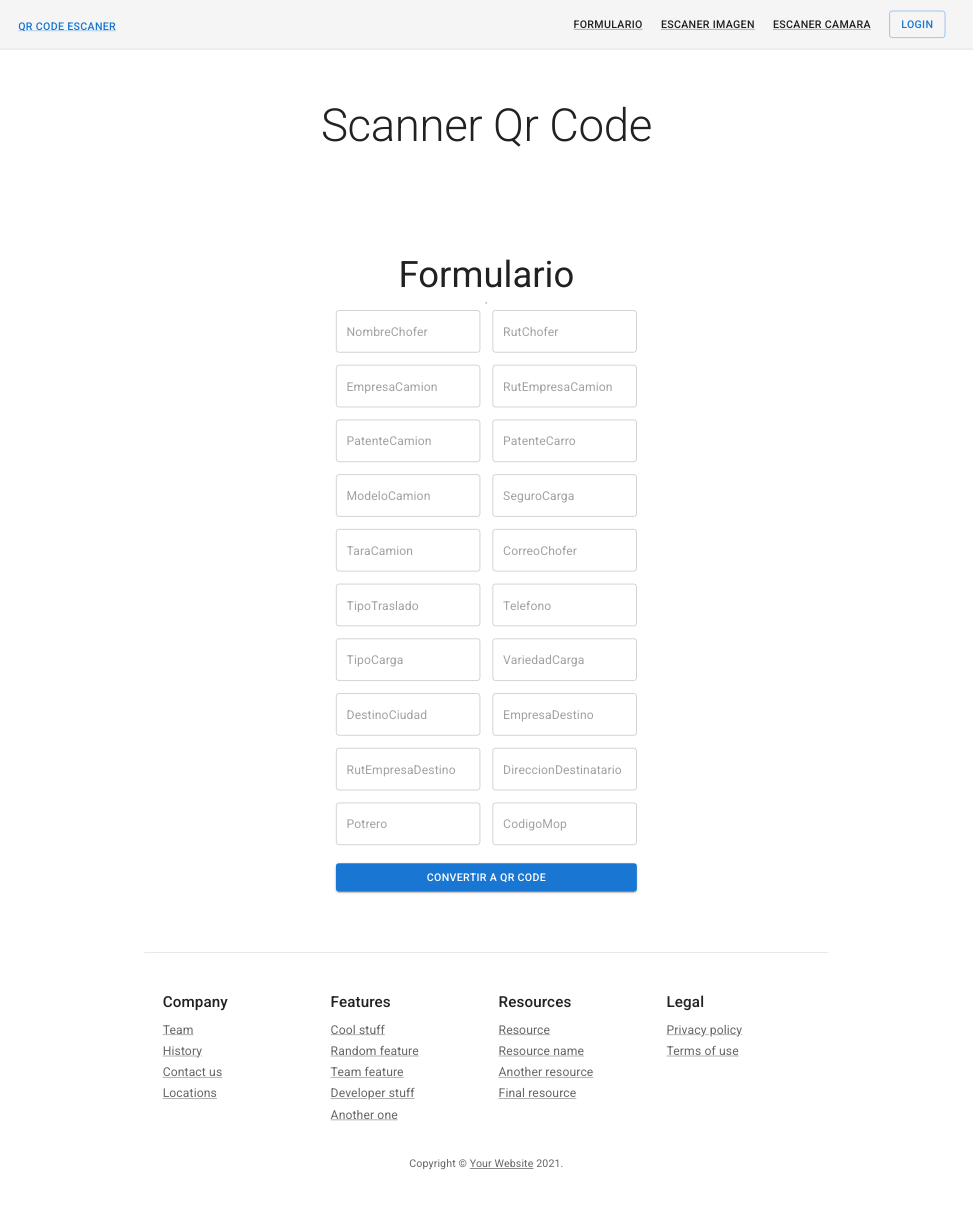
Repository: FlamesAlejandro/QrCodeForm
Page: /form
An editor plug-in stored every save of this project. The page is shown before and after the next save, followed by the edit.
The browser window is 1280 px wide. The pictures show the whole page, at 76% of full size.
The project was rebuilt for these pictures with package versions that can differ from the ones it lists, and the page was loaded fresh each time. Also part of the build but not shown: src/App.css, src/components/pages/ImagenEscaner.js, src/components/pages/CamaraEscaner.js, src/components/pages/Home.js.

Above is the page before, as saved 2021-10-24 08:06:15.

After the next save:
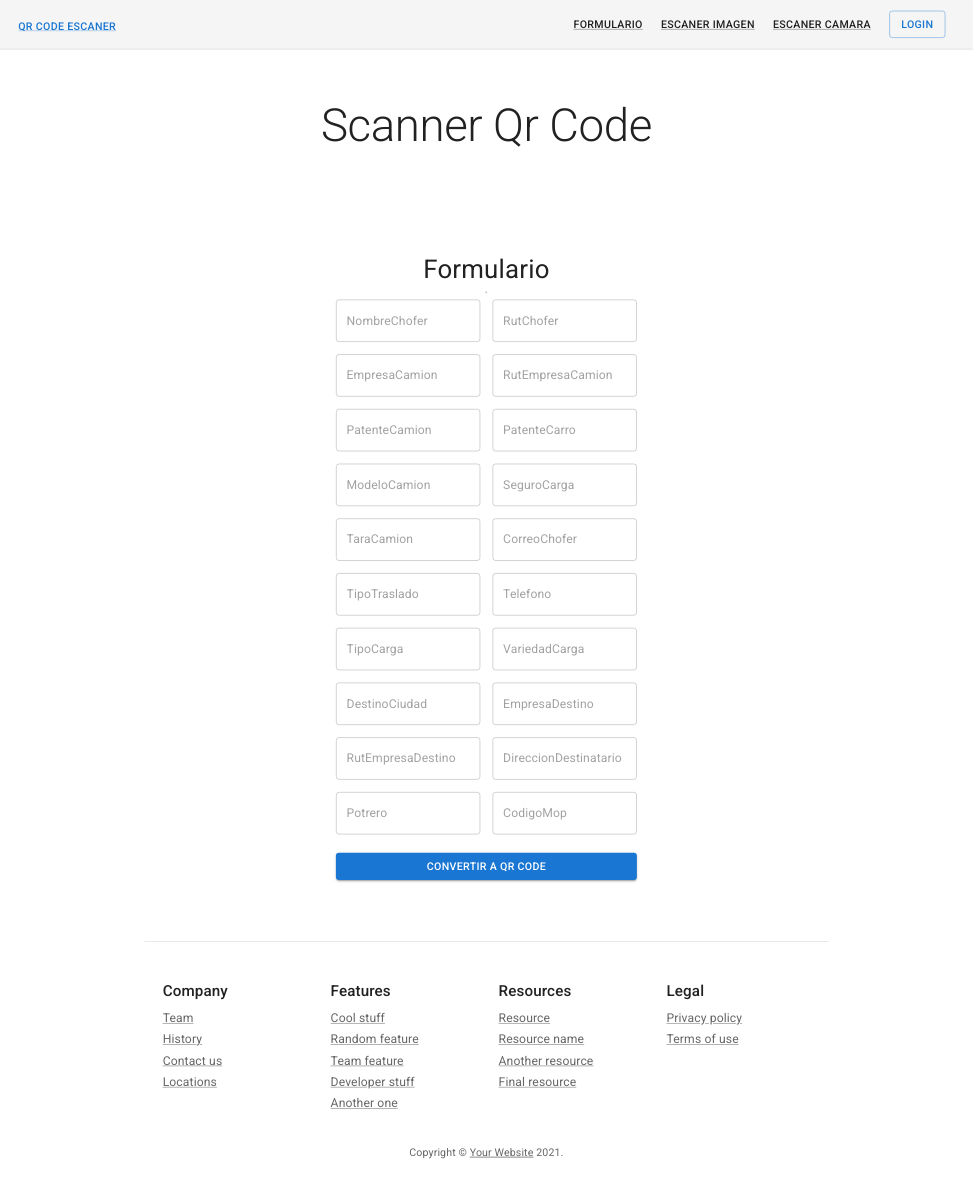
Saved 4 s later.
--- a/src/components/pages/Form.js
+++ b/src/components/pages/Form.js
@@ -41,7 +41,7 @@ export const Form = () => {
                     alignItems: 'center',
                 }}
                 >
-                <Typography component="h1" variant="h3">
+                <Typography component="h1" variant="h4">
                     Formulario
                 </Typography>
 
